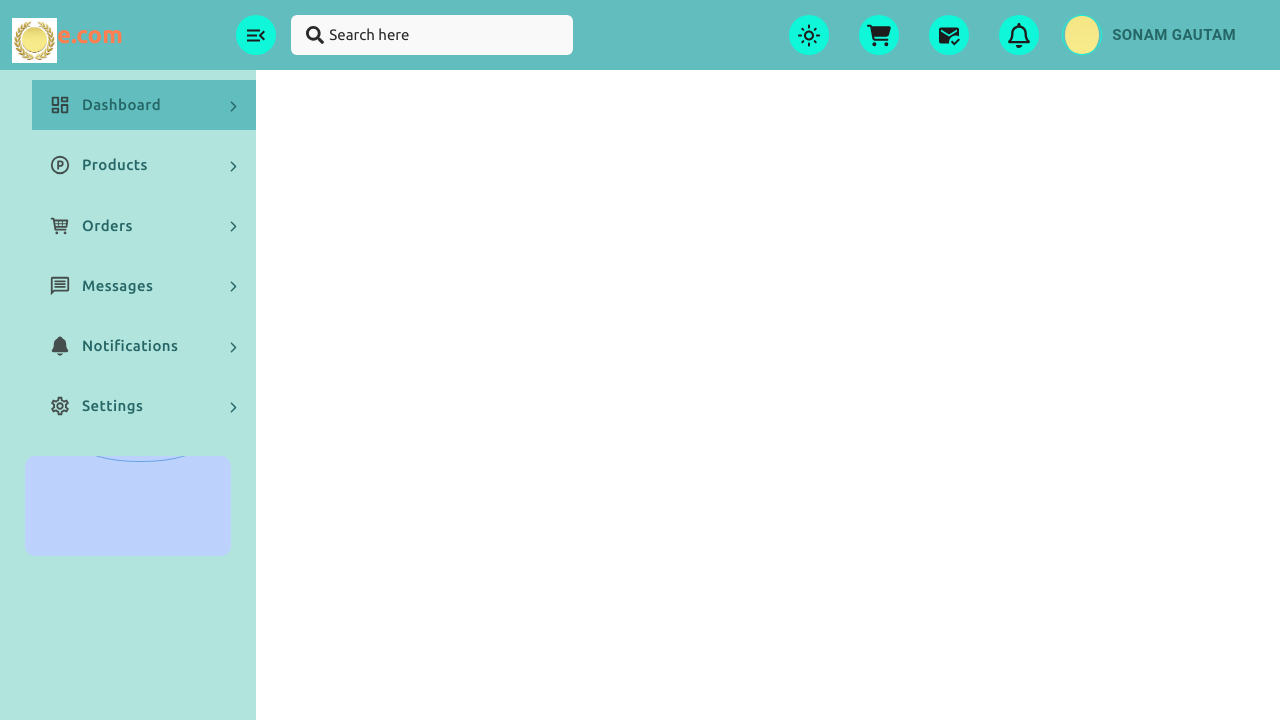
Repository: gautamsonam011/admin-react-dashboard
Page: /
The author's editor kept a copy of each file at every save. The page is drawn from the files as they stood at one save, then again after the next save.
The browser window is 1280 px wide. The pictures show the whole page.
The project was rebuilt for these pictures with package versions that can differ from the ones it lists, and the page was loaded fresh each time.

Above is the page before, as saved 2025-04-15 17:03:23.

After the next save:
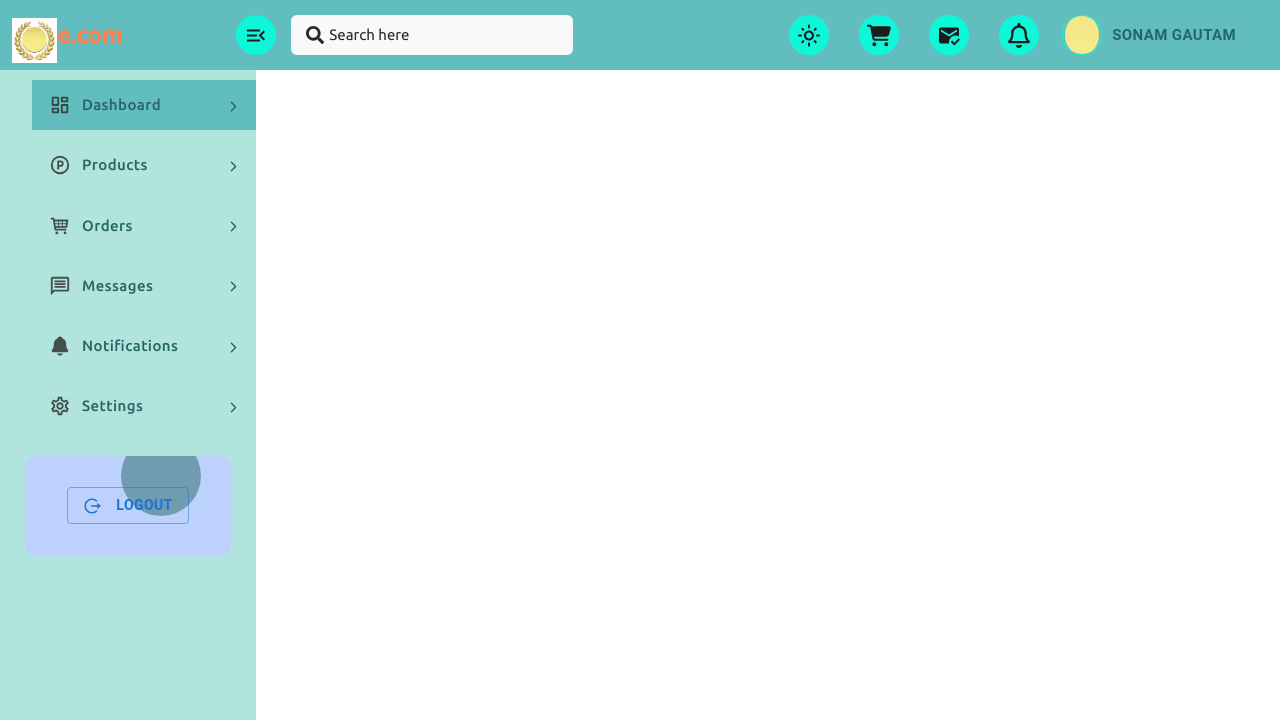
Saved 107 s later.
--- a/src/App.css
+++ b/src/App.css
@@ -85,6 +85,6 @@ display: block; padding: 6px 0px; font-size: 14px !important; font-weight: 500;
 .logoutWrapper{padding: 0px 25px;}
 .logoutWrapper .logoutBox{width:100%; height:100px; padding: 25px; background:#bcd2fd; border-radius:10px; margin-bottom:20px; display:flex; align-items: center; justify-content: center;
 position:relative; overflow:hidden;}
-.logoutWrapper .logoutBox::before{content:''; width:80px; height:80px; background:#}
-.logoutWrapper .logoutBox button{font-size:14px !important; font-weight: 600 !important; border-radius: 100%; position:absolute; top: -30px; right: 30px;}
+.logoutWrapper .logoutBox::before{content:''; width:80px; height:80px; background:#266666; border-radius: 100%; position:absolute; top: -20px; right: 30px; opacity:0.5}
+.logoutWrapper .logoutBox button{font-size:14px !important; font-weight: 600 !important; }
 .logoutWrapper .logoutBox button svg{margin-right: 15px; font-size:18px;}
